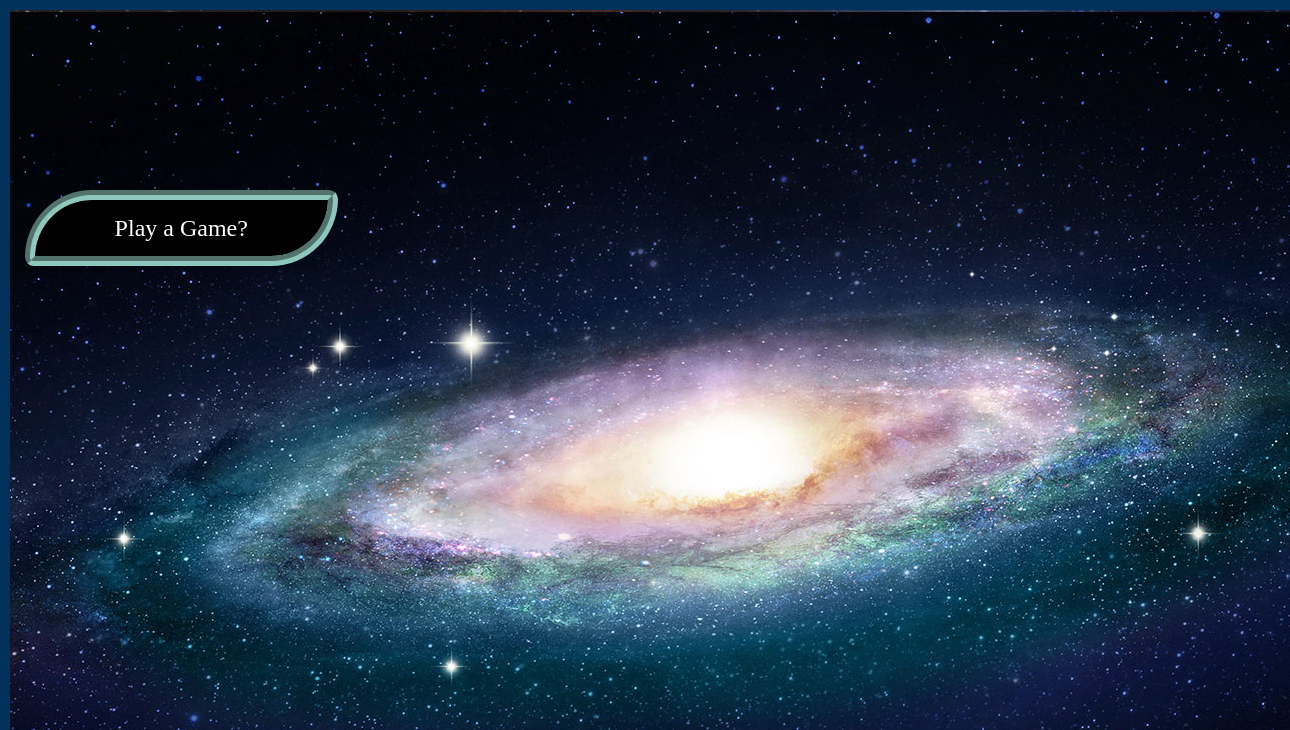
Repository: dsaftler/Trivia
Page: index.html
The author's editor kept a copy of each file at every save. The page is drawn from the files as they stood at one save, then again after the next save.
The browser window is 1280 px wide. The page is 1290 px wide, then 1280 px, so the pictures cover 1290 px, including what lies to the right of the window. The pictures show the whole page.
Some web fonts or font styles are not loaded; a fallback is used.

Above is the page before, as saved 2019-04-13 16:10:25.

### index.html
<!DOCTYPE html>
<html lang="en">
<head>
  <meta charset="UTF-8">
  <meta name="viewport" content="width=device-width, initial-scale=1.0">
  <meta http-equiv="X-UA-Compatible" content="ie=edge">
   <link rel="stylesheet" href="assets/css/reset.css" type="text/css">
  <link rel="stylesheet" href="https://stackpath.bootstrapcdn.com/bootstrap/4.3.1/css/bootstrap.min.css"
    integrity="sha384-ggOyR0iXCbMQv3Xipma34MD+dH/1fQ784/j6cY/iJTQUOhcWr7x9JvoRxT2MZw1T" crossorigin="anonymous">
  <!-- <link href="https://fonts.googleapis.com/css?family=Cherry+Swash:700" rel="stylesheet"> -->
  <link href="https://fonts.googleapis.com/css?family=Baumans" rel="stylesheet">
  <!-- custom css -->
  <link rel="stylesheet" href="assets/css/style.css" type="text/css">

  <title>Trivia Game</title>
</head>
<body>
<div class="container">
  <div class="scoreElements">
   <div id="showWinsCnt"><span id="wins"></span></div>
   <div id="showLoseCnt"><span id="wrongs"></span></div>
   <div id="showMissCnt"><span id="misses"></span></div>
  </div>
  <div class='playElements'>
    <div class="showTimer"><span id="timer"></span></div>
    <div class="showQuestion"><span id="question"></span></div>
    <ul class=showAnswers>
    <li class="answers" id="answer0"><a href="#"></a></li>
    <li class="answers" id="answer1"><a href="#"></a></li>
    <li class="answers" id="answer2"><a href="#"></a></li>
    <li class="answers" id="answer3"><a href="#"></a></li>
    </ul>
    <div class="tmyk">
      <img class="image">
      <div class="extra"></div>
    </div>
  </div>

  <button id="newGame" onclick="initGame()">Play a Game?</button>
  <!-- <button id="temp1" onclick="newQuestion()">Next Question?</button> -->
</div>

<!-- bootstrap scripts -->
<script src="https://code.jquery.com/jquery-3.3.1.slim.min.js"
  integrity="sha384-q8i/X+965DzO0rT7abK41JStQIAqVgRVzpbzo5smXKp4YfRvH+8abtTE1Pi6jizo" crossorigin="anonymous"></script>
<script src="https://cdnjs.cloudflare.com/ajax/libs/popper.js/1.14.7/umd/popper.min.js"
  integrity="sha384-UO2eT0CpHqdSJQ6hJty5KVphtPhzWj9WO1clHTMGa3JDZwrnQq4sF86dIHNDz0W1" crossorigin="anonymous"></script>
<script src="https://stackpath.bootstrapcdn.com/bootstrap/4.3.1/js/bootstrap.min.js"
  integrity="sha384-JjSmVgyd0p3pXB1rRibZUAYoIIy6OrQ6VrjIEaFf/nJGzIxFDsf4x0xIM+B07jRM" crossorigin="anonymous"></script>
<script src="assets/javascript/app.js"></script>


</body>
</html>

### assets/css/style.css
html {
  height: 100%;
}
body {
  height: 100%;
  margin: 0;
  padding:0;
  background-color: #02315c;

  margin: auto;
  align-content: center;
  font-family: 'Baumans', cursive;
  color:white;
  font-size: 24px;
  font-weight: bolder;
}
.container{
   height: 100%;
  margin: 10px;
  background-image: url("../images/hubble.jpg");
  max-width: 1536px;
}
button{
  width:25%;
  margin: auto;
  color:white;
  padding: 10px;
  background-color:black;
  border-color: #8fc7bc;
  border-style: groove;
  border-width: 10px;
   border-radius: 150px 20px;
}
.scoreElements{
align-content: center;
margin: auto;
width: 75%;

}

.playElements{
  align-content: center;
  margin: auto;
  width: 75%;
}
ul li a {
  color: #8fc7bc;
  display: block;
  text-decoration: none;
  padding: 16px;
  width:50%
}

ul {
  list-style-type: circle;
}

li {
  display: block;
}

ul li a:hover {
  color: #332419;
  display: block;
  text-decoration: none;
}

li:hover {
  background-color:#8fc7bc;
}

### assets/javascript/app.js
// Advanced game has a 30 second timer that counts down to 0 for each question !!!!!!!!!!!!  changed to 15 seconds
// If the timer is 0 OR  a wrong answer is chosen:
  // show the correct answer for 5 seconds
// display a new question
// restart the timer with no user interaction

// questions are contained in an array with question, array of answers, index of correct answer
// question shows in questionId
// "Correct"  or "Correct Answer" shows in answerId
// 4 possible answers show in 4 clickable buttons
// buttons have hover behavior
//  only one can be selected (by click)

// scores for Wins, Losses, and Unanswered are kept (correct, wrong, timer ==0)
// ask to play again in link
// click on play restarts the game without re-loading the page

var qArray =[];
var wins, wrongs, misses, seconds;
var correctAnswerId;
var timer;
var seconds;
var isNewGame = true;
var timerRunning=false;
var i;
var qArrayLength
var sayCorrect
var answerTime=100;
var displayInfoTime=0;

$(document).ready(function () {
  //initGame();  // called by newGame button
  $(".answers").click(function() {
    stopTimer();
    $(".answers").css("pointer-events","none");
    //which answer did I click?
    var target = $(this).attr("id")
    for(let j = 0; j<4; j++) {
      jtarget = "answer" + j
      //console.log(jtarget)
      if (jtarget === target){
        if (j === correctAnswerId){
          showMe("win");
        } else {
          showMe("lose");
        }
      }
    }
  });
});


function initGame() {
  wins = 0;
  wrongs = 0;
  misses = 0;
  $(".scoreElements").hide();
  $(".playElements").hide();
  // $("#showWinsCnt").hide();
  // $("#showLoseCnt").hide();
  // $("#showMissCnt").hide();
  $("#newGame").hide();
  loadQuestions();
  i = 0;
  newQuestion(i);
}

function newQuestion(i)
{
  console.log(i)
  if (i < qArrayLength){
    // show game pieces: question, answers
    $(".playElements").show();
    $("#timer").show();
    // $(".showQuestion").show();
    // $(".answers").show();
    $(".tmyk").hide();
    // $(".extra").hide();
    // $(".image").hide();
    // console.log(qArray[i]);
    q="Question "+(i+1)+":  "
    $("#question").text(q+(qArray[i].question));
    $("#answer0").text(qArray[i].ansArray[0]);
    //console.log(qArray[i].ansArray[0]);
    $("#answer1").text(qArray[i].ansArray[1]);
    $("#answer2").text(qArray[i].ansArray[2]);
    $("#answer3").text(qArray[i].ansArray[3]);
    correctAnswerId = qArray[i].correct;
    correctAnswer = qArray[i].ansArray[correctAnswerId]
    //console.log(qArray[i].ansArray[correctAnswerId]);
    info = qArray[i].extra;
    $(".answers").css("pointer-events", "auto");
    clearInterval(timer)
    seconds = answerTime;
    showTime();
    timer = setInterval(tick, 1000);
  } else {
    gameOver();
  }
}

function gameOver()
{
  $(".playElements").hide();
  // $("#timer").hide();
  // $(".showQuestion").hide();
  // $(".answers").hide();
  // $(".extra").hide();
  // $(".image").hide();
  $(".scoreElements").show();
  $("#showWinsCnt").text(wins + " Correct")
 // $("#showWinsCnt").show();

  $("#showLoseCnt").text( wrongs + " Wrong")
  //$("#showLoseCnt").show();

  $("#showMissCnt").text(  misses + " Time-Outs")
 // $("#showMissCnt").show();
  //$("#wins").text(wins);
  // $("#wrongs").text(wrongs);
  // $("#misses").text(misses);
  $("#newGame").text("Play Again?"); // calls initGame
  $("#newGame").show();
}


//  The decrement function.
function tick()
{
  seconds--;
  if (seconds < 0) {
    //  ...run the stop function.
    stopTimer()
    showMe("miss");
    return;
  }
  showTime();

}

function stopTimer()
{
  clearInterval(timer);
 // $("#answers").pointerEvents="none";
 $("#answers")
}

//  Execute the run function.
function showTime()
{
 $("#timer").html("<h2>" + seconds + "</h2>");
 //console.log(seconds);
}
function showMe(result){
  switch (result){
    case "win":
      //alert("Correct");
      sayCorrect="Correct! "
      wins++;
      break;
    case "lose":
      //alert("Incorrect");
      sayCorrect = 'The correct answer was: '  + correctAnswer
      wrongs++
      break;
    case "miss":
      $("#timer").html("<h2>Timed-Out</h2>");
      sayCorrect= 'The answer was:  ' + correctAnswer
      misses++;
      break;
   }
  showExtra();
  setTimeout(displayPause, 1000 * displayInfoTime)

  }
function showExtra(){
  imgUrl = qArray[i].image
  $(".image").attr({"src":imgUrl, "alt": qArray[i].imageAlt});

  //console.log("<img src=" + qArray[i].image + ">");
  $(".extra").html(sayCorrect + "<br/>" + qArray[i].extra);
  $(".tmyk").show();
  //$(".extra").show();
  //$(".image").show();

}
function displayPause(){
  stopTimer();
  clearTimeout();
  i++;
  newQuestion(i)
}

function loadQuestions(){
qArray = [
    {
      question: "How many moons are in our Solar System?",
      correct: 3,
      ansArray: [25, 50, 97, 181],
      image: "assets/images/Moons_of_solar_system.jpg",
      imgAlt: "Moons of the solar system",
      extra: "These moons (also known as natural satellites) vary greatly in size and quantity per planet. For example, the largest moon is Jupiter’s Ganymede, and the smallest is Mar’s Deimos. Ganymede has a diameter of 3,273 miles, and Deimos has a diameter of 7 miles."

    },
    {
      question: "What percent of the universe is dark matter? (Plus or minus 2%.)",
      correct: 1,
      ansArray: ["15%", "27%", "50%", "80%"],
      image: "assets/images/darkmatter.png",
      imgAlt:"Dark matter web",
      extra: "The rest of the universe is around 68% dark energy, and less than 5% of the universe is made up of what we would consider ‘normal’ matter. This means that roughly 80% of the mass of the universe is made up of material we cannot see."
    },
    {
      question: "What is the most common type of star found in the Milky Way?",
      correct: 1,
      ansArray: ["Neutron stars", "Red dwarf stars", "Supernovae", "G-type"],
      image: "assets/images/Red-dwarf-infographic.jpg",
      imgAlt: "Types of Stars Infographic",
      extra: "Red dwarf stars make up an estimated ¾ of all stars found in the Milky Way. The surface temperature of red dwarf stars is less than 4,000 Kelvin, and they have a very low luminosity and therefore cannot be easily seen. In fact, from Earth not one red dwarf star can be seen with the naked eye. Since they develop very slowly and are constant for trillions of years, there are actually no advanced stars of this type in our galaxy because our galaxy is too young!"
    },
    {
      question: "What is the closest star to the Sun?",
      correct: 0,
      ansArray: ["Proxima Centauri", "Tau Ceti", "51 Pegasi", "Rigel"],
      image: "assets/images/proxima_centauri_main.jpg",
      imgAlt: "Proxima Centauri",
      extra: "Proxima Centauri is a red dwarf star located in Alpha Centauri system, which is in the Centaurus constellation. Alpha Centauri is actually a triple star system with Proxima Centauri being the closest to the sun. It is 4.24 light years away from the sun, and is not visible to the naked eye from Earth."
    },
    {
      question: "What has a gravitational pull so strong that even light cannot escape it?",
      correct: 2,
      ansArray: ["Quantum Gravity", "True Love", "Black Hole", "Worm Hole"],
      image: "assets/images/blackhole.jpg",
      imgAlt: "Black Hole",
      extra: "Black holes are one of the deadliest things in the universe. They are formed when a star with a mass more than three times that of our sun dies and collapses onto itself after an explosion called a supernova. Black holes can siphon the gas out of stars until they vanish. They can even break apart and swallow planets."
    },
    {
      question: "Which NASA space flight was the last manned mission to the moon?",
      correct: 3,
      ansArray: ["Gemini 12", "Skynet 1.0", "Apollo 13","Apollo 17"],
      image: "assets/images/moon-landing.jpg",
      imgAlt: "Moon Landing",
      extra: "Apollo 17 launched on December 7, 1972 as the first night launch done by NASA. It was also the final mission of NASA’s Apollo program. Apollo 17 was the last time humans traveled beyond low Earth orbit. The mission also boasted that at the time it had the longest moon landing, largest lunar samples, longest time in orbit, and the longest total moonwalks."
    },
    {
      question: "What is the longest continuous time a human has spent in space? (Plus or minus 20 days.)",
      correct: 2,
      ansArray: ["37 days", "189 days", "437 days", "682 days"],
      image: "assets/images/poljakov.jpg",
      imgAlt: "Portrait of Poljakov",
      extra: "This amounts to more than 14 months in space. This feat was accomplished by Valeri Polyakov, a Russian astronaut who stayed aboard the Mir space station from January 1994 to March 1995. When Polyakov retired he had over 678 cumulative days in space, and his combined space time was over 22 months."
    },
    {
      question: "How much time does sun rays take to reach earth?",
      correct: 2,
      ansArray: ["58 seconds", "3.5 minutes", "8 minutes", "14 minutes"],
      image: "assets/images/Earth_to_Sun.png",
      imgAlt: "Distance to the Sun",
      extra: "The speed of light in vacuum, commonly denoted c, is a universal physical constant important in many areas of physics. Its exact value is299,792,458 meters per second (approximately 300,000 km/s (186,000 mi/s))."
    },
    {
      question: "When will Halley’s Comet will be visible from Earth again?",
      correct: 2,
      ansArray: ["2024", "2039", "2061", "2101"],
      image: "assets/images/HalleysComet.jpg",
      imgAlt: "Haley's Comet",
      extra: "Halley's Comet is arguably the most famous comet. It is a ‘periodic’ comet and returns to Earth's vicinity about every 75 years, making it possible for a human to see it twice in his or her lifetime. The last time it was here was in 1986, and it is projected to return in 2061."
    },
    {
      question: "How long was the shortest space flight?",
      correct: 0,
      ansArray: ["15 minutes", "73 minutes", "4.5 hours", "3 days"],
      image: "assets/images/freedom7.jpg",
      imgAlt: "Freedom 7 launch",
      extra: "This occurred on May 5, 1961 when Alan Shepard achieved an altitude of 115 miles in NASA’s Freedom 7. He was also the first American in space. Shepard later went on to become the oldest person to walk on the surface of the moon. He achieved this in 1971 during the Apollo 14 mission. At the time, he was 47 years old."
    }
  ]
  qArrayLength=qArray.length;
  //console.log(qArray);
};

Loaded but not shown: assets/css/reset.css (no stored copy; drawn as an empty file)

After the next save:
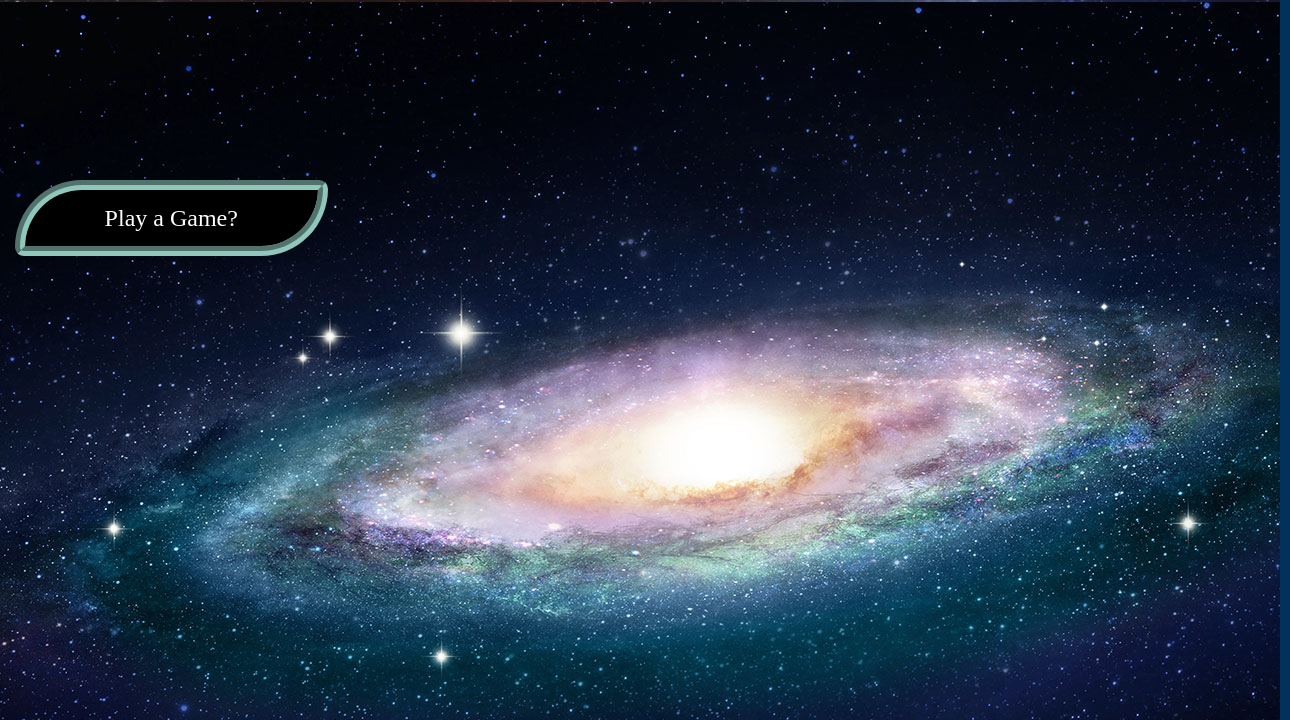
Saved 16 s later.
--- a/assets/css/style.css
+++ b/assets/css/style.css
@@ -16,7 +16,7 @@ body {
 }
 .container{
    height: 100%;
-  margin: 10px;
+  margin: auto;
   background-image: url("../images/hubble.jpg");
   max-width: 1536px;
 }
